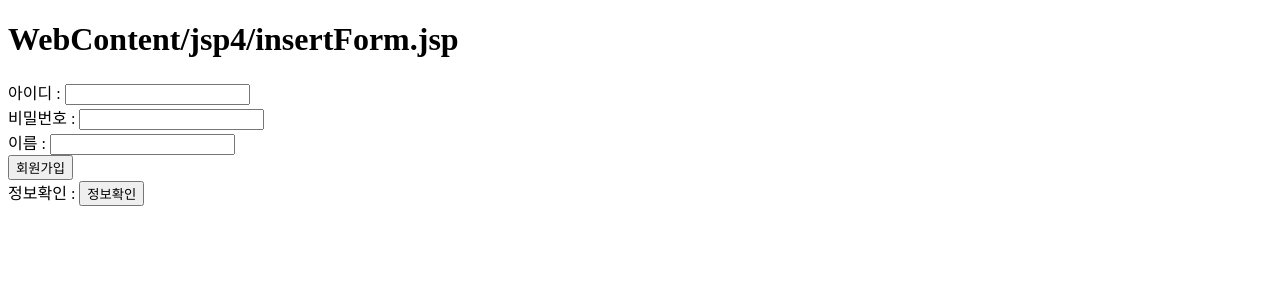
Repository: ReadStar/workspace_jsp
Page: http://localhost/StudyJSP/jsp4/insertForm.jsp
The author's editor kept a copy of each file at every save. The page is drawn from the files as they stood at one save, then again after the next save.
The browser window is 1280 px wide. The pictures show the whole page.
The page is served by Tomcat 9.

Above is the page before, as saved 2020-08-25 06:23:26.

After the next save:
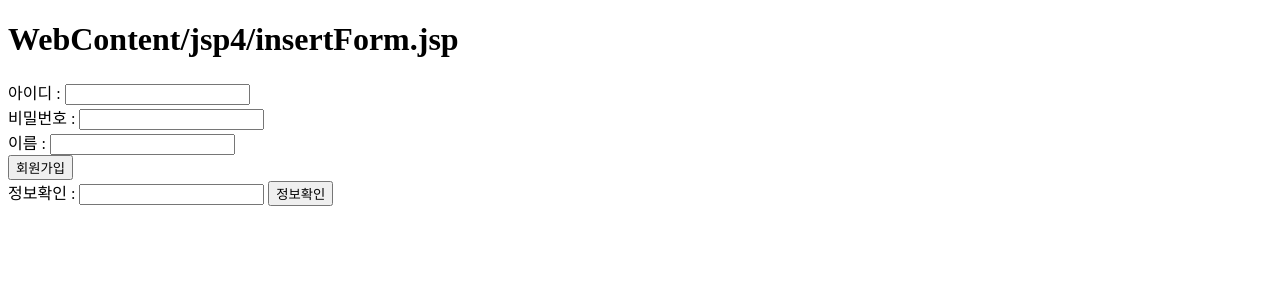
Saved 39 s later.
--- a/StudyJSP/WebContent/jsp4/insertForm.jsp
+++ b/StudyJSP/WebContent/jsp4/insertForm.jsp
@@ -15,7 +15,8 @@
 <input type="submit" value="회원가입">
 </form>
 <form action ="info.jsp" method="post">
-정보확인 : <input type= "submit" value="정보확인">
+정보확인 : <input type="text" name="info">
+<input type= "submit" value="정보확인">
 </form>
 </body>
 </html>
